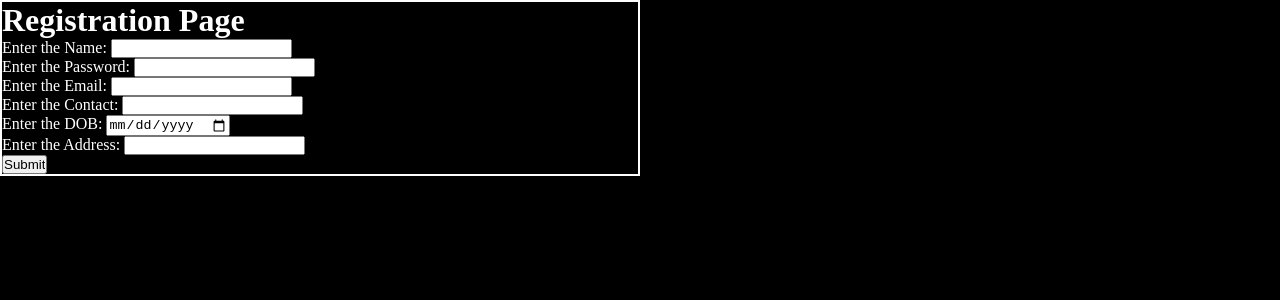
Repository: Pradeep4802/utopiatech
Page: eclipse-workspace/OwnServlet/src/main/webapp/Home.html
These files come from the project's save history. The page is drawn as it stood at one moment and after the next save; the edit follows.
The browser window is 1280 px wide. The pictures show the whole page.

Above is the page before, as saved 2023-10-09 10:01:49.

### eclipse-workspace/OwnServlet/src/main/webapp/Home.html
<!DOCTYPE html>
<html>
<head>
<meta charset="UTF-8">
<title>Form</title>
<style>
	* {
		margin: 0;
		padding: 0;
		box-sizing : border-box;
	}

	body {
		background: black;
	}

	.container {
		border: 2px solid white;
		width: 50%;
	}

	.container h1 {
		color: white;
	}

	label {
		color: white;
	}


</style>
</head>
<body>
	<div class="container">
		<h1>Registration Page</h1>
		<form action="" method="get">

			<label for="user_name">Enter the Name: <input type="text"
				name="user_name" /></label><br>
			<label for="user_pass">Enter the Password: <input type="password"
				name="user_pass" /></label><br>
			<label for="user_email">Enter the Email: <input type="email"
				name="user_email" /></label><br>
			<label for="user_contact">Enter the Contact: <input type="number"
				name="user_contact" /></label><br>
			<label for="user_dob">Enter the DOB: <input type="date"
				name="user_dob" /></label><br>
			<label for="user_address">Enter the Address: <input type="text"
				name="user_address" /></label>
				<br>
			<input type="submit" value="Submit" />

		</form>
	</div>
</body>
</html>

After the next save:
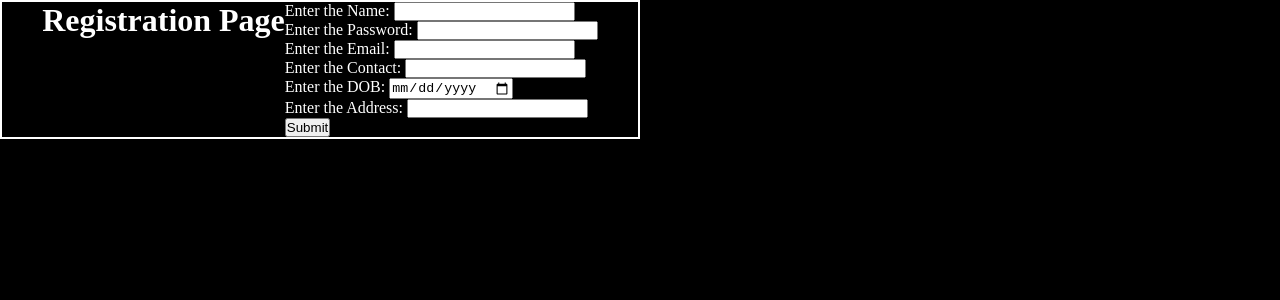
Saved 33 s later.
--- a/eclipse-workspace/OwnServlet/src/main/webapp/Home.html
+++ b/eclipse-workspace/OwnServlet/src/main/webapp/Home.html
@@ -17,6 +17,8 @@
 	.container {
 		border: 2px solid white;
 		width: 50%;
+		display: flex;
+		justify-content: center;
 	}
 
 	.container h1 {
